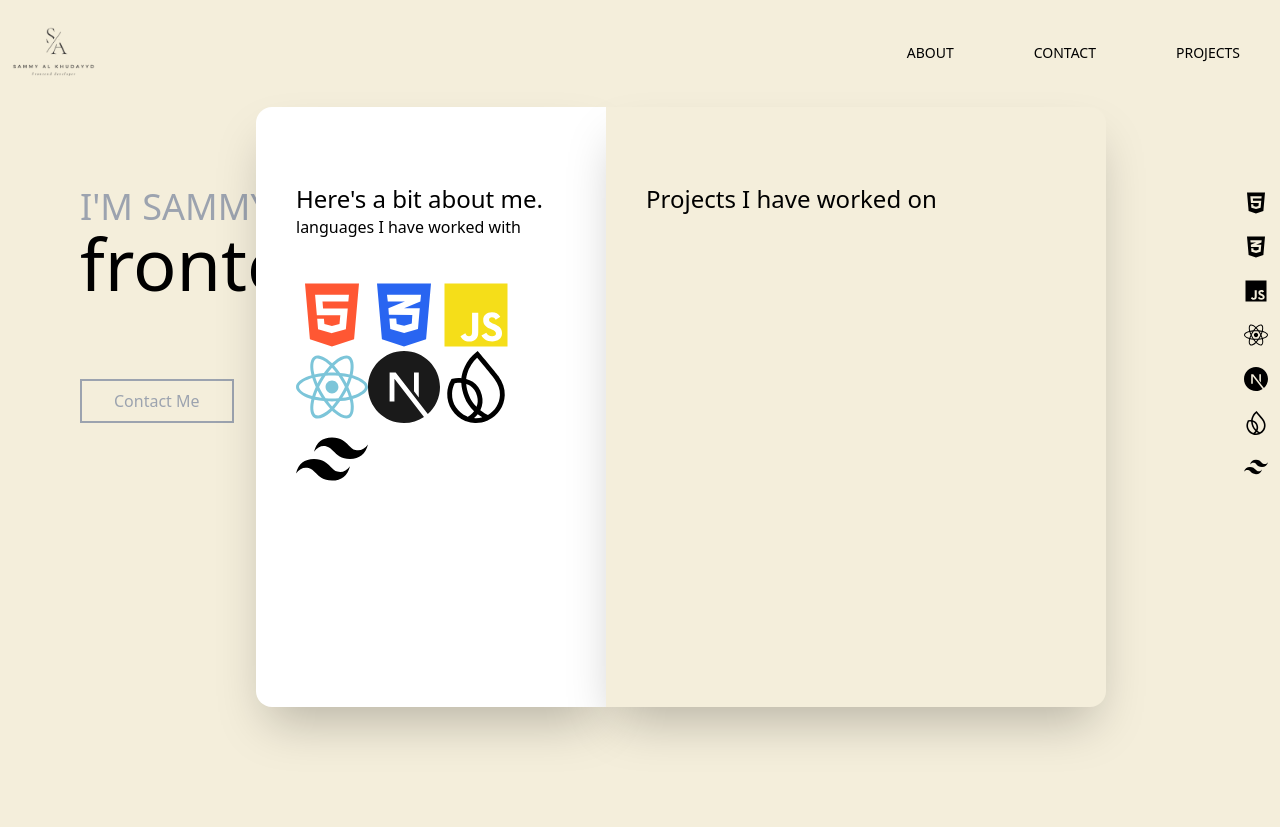
Repository: Al123Kudayyd/myportfolio
Page: /
These files come from the project's save history. The page is drawn as it stood at one moment and after the next save; the edit follows.
The browser window is 1280 px wide. The pictures show the whole page.
The project was rebuilt for these pictures with package versions that can differ from the ones it lists, and the page was loaded fresh each time. Also part of the build but not shown: src/components/model.js.

Above is the page before, as saved 2024-02-21 14:08:03.

After the next save:
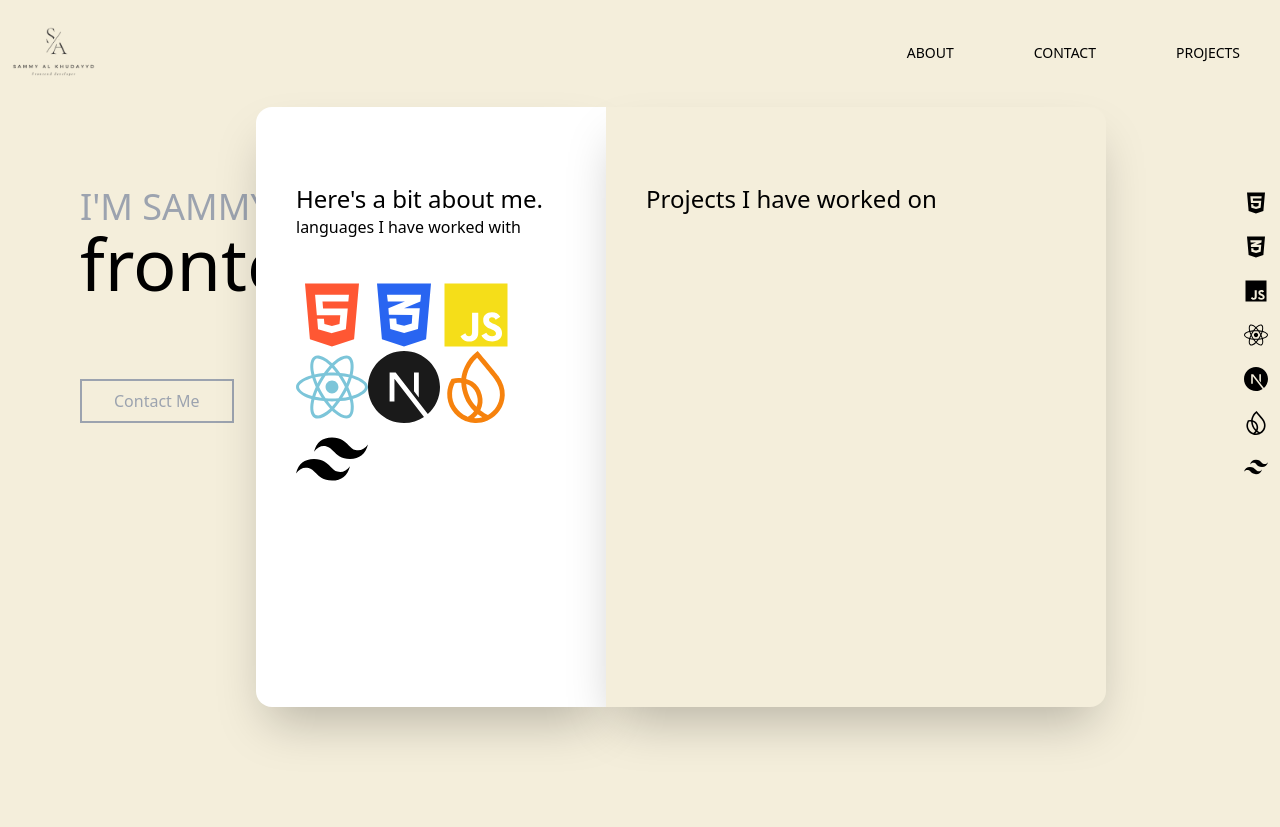
Saved 7 s later.
--- a/src/components/Projects.jsx
+++ b/src/components/Projects.jsx
@@ -20,7 +20,7 @@ function Projects() {
                         <IoLogoJavascript className='text-[#F5DE19]' />
                         <FaReact className='text-[#7CC5D9]' />
                         <SiNextdotjs className='text-[#1a1a1a]' />
-                        <SiFirebase className='' />
+                        <SiFirebase className='text-[#F6820D]' />
                         <SiTailwindcss />
                     </div>
                 </div>
